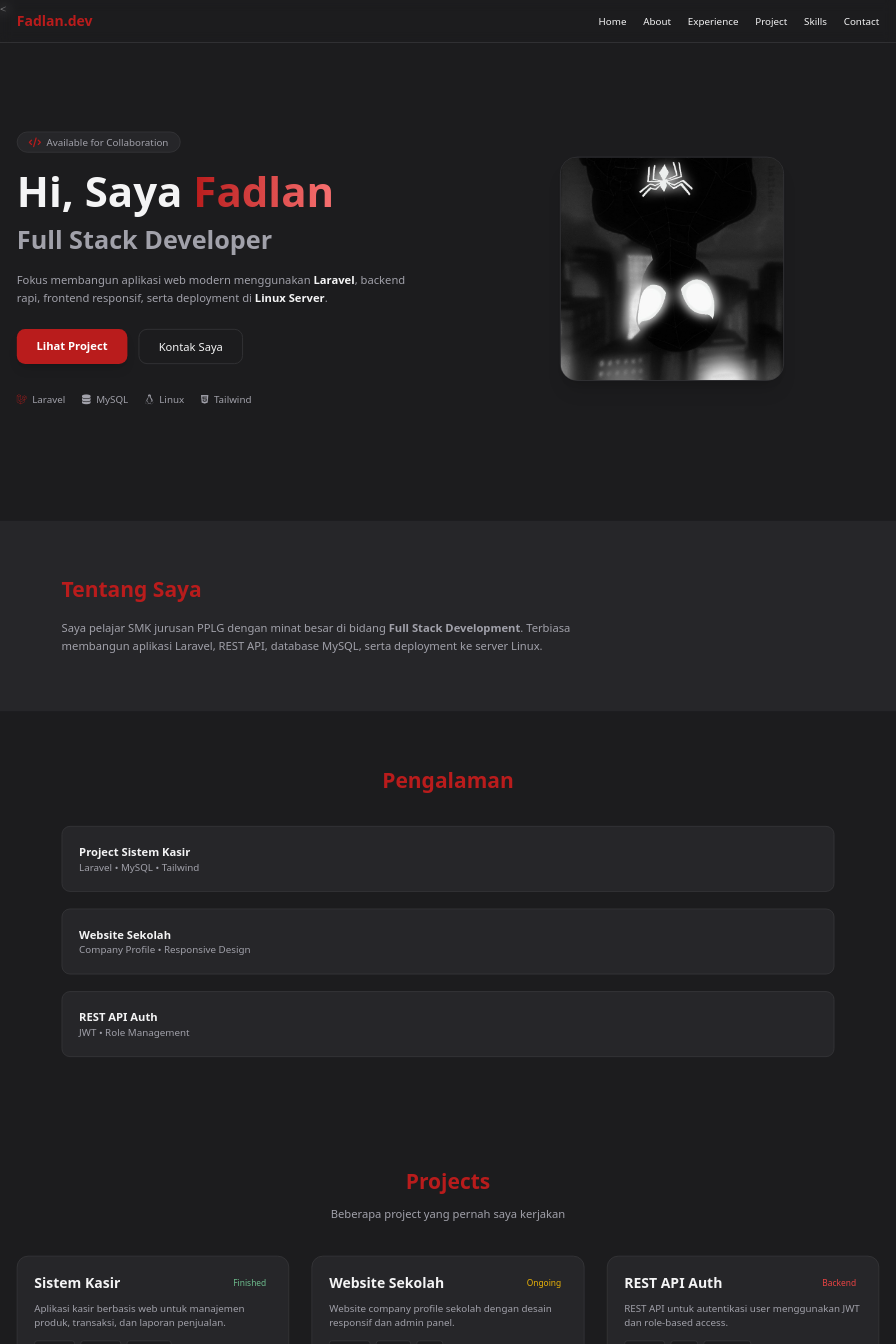
Repository: Fadlan079/Personal-Portfolio
Page: http://localhost/
These files come from the project's save history. The page is drawn as it stood at one moment and after the next save; the edit follows.
The browser window is 1280 px wide. The pictures show the part of the page from y = 0 to 1920 px (the page is 3764 px tall before and 3740 px after), at 70% of full size.
Some web libraries are served in a nearby version. The page is served by the project's Laravel application, run on PHP 8.4 with Laravel 12.

Above is the page before, as saved 2026-01-14 14:40:41.

After the next save:
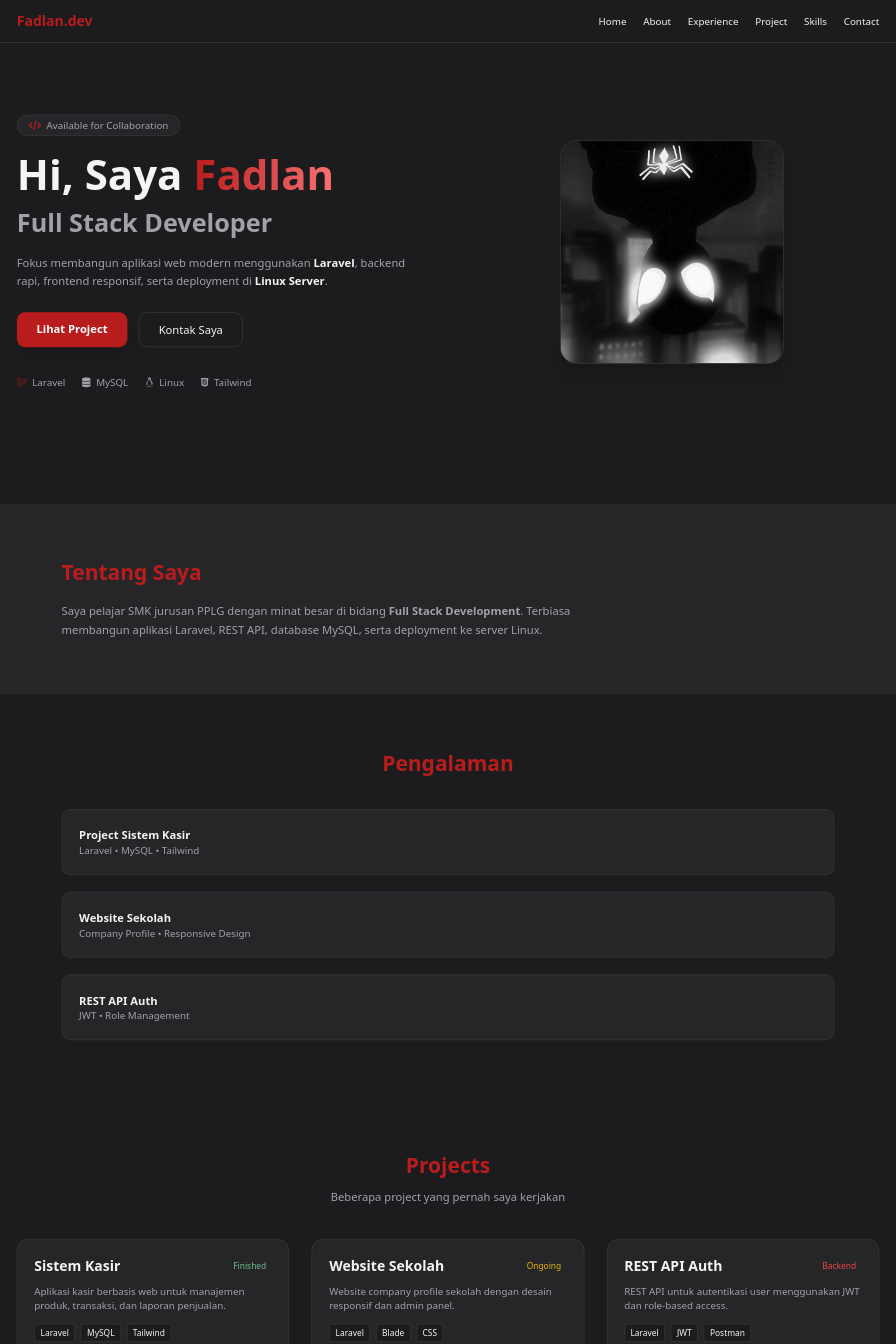
Saved 43 s later.
--- a/resources/views/portofolio.blade.php
+++ b/resources/views/portofolio.blade.php
@@ -85,7 +85,7 @@
   </div>
 </nav>
 
-<<!-- Hero -->
+<!-- Hero -->
 <section
   id="home"
   class="relative min-h-screen flex items-center px-6 overflow-hidden"
